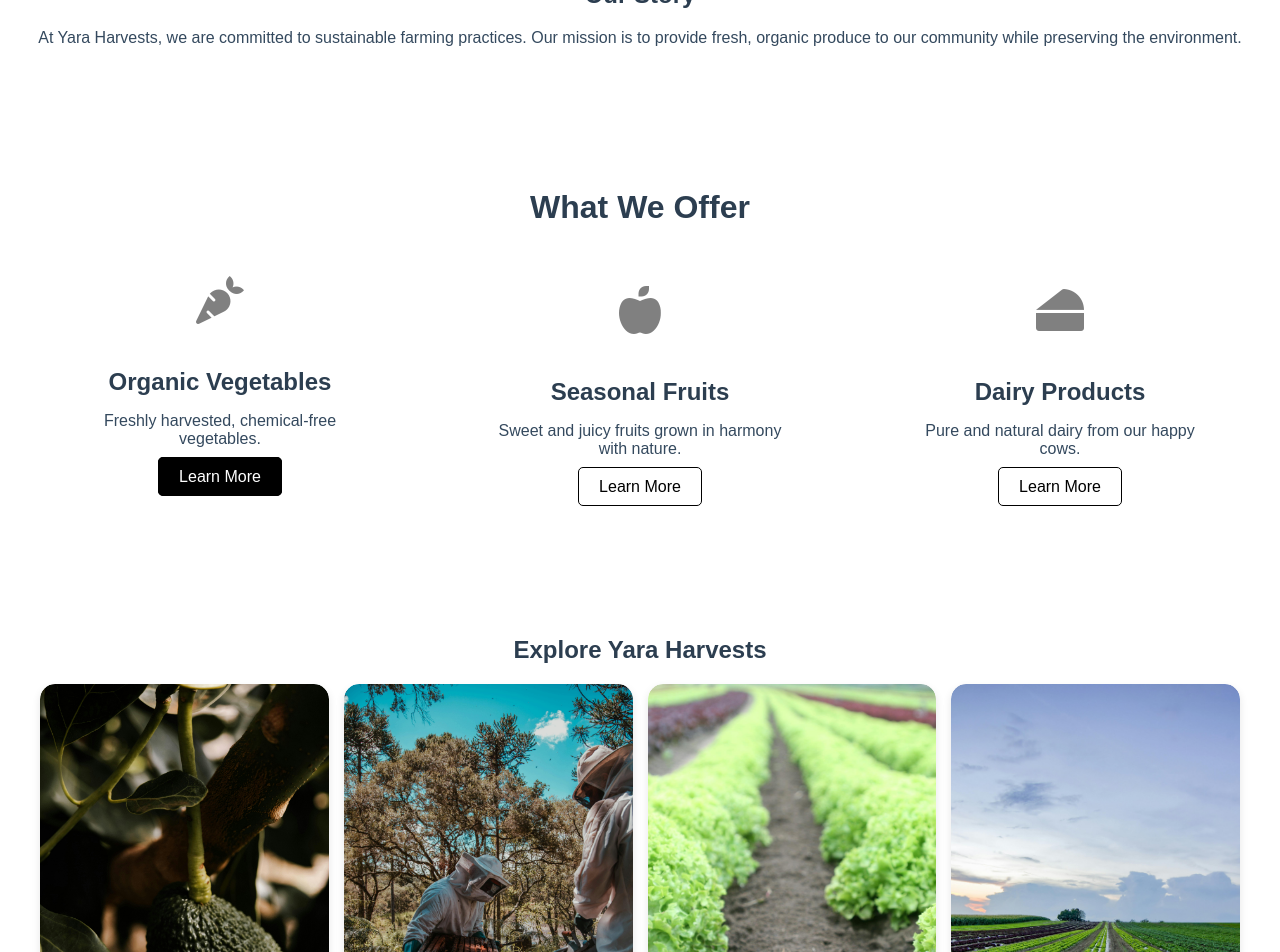
Repository: Kanyi-Manyara/yara-farm
Page: index.html
These files come from the project's save history. The page is drawn as it stood at one moment and after a run of saves; the edit follows.
The browser window is 1280 px wide. The pictures show the part of the page from y = 809 to 1761 px (the page is 3678 px tall).
The pointer rests on the first visible `.learn-more`.

Above is the page before, as saved 2025-02-22 14:07:52.
Console error: TypeError: Cannot read properties of null (reading 'addEventListener')

### index.html
<!DOCTYPE html>
<html lang="en">
<head>
  <meta charset="UTF-8">
  <meta name="viewport" content="width=device-width, initial-scale=1.0">
  <title>Yara Harvests</title>
  <link rel="stylesheet" href="style.css">
  <link rel="stylesheet" href="https://cdnjs.cloudflare.com/ajax/libs/font-awesome/6.0.0/css/all.min.css">

  <link rel="stylesheet" href="https://cdnjs.cloudflare.com/ajax/libs/font-awesome/6.0.0/css/all.min.css">

</head>
<body>

     <!-- Logo -->
  <header>
    <a href="#" class="logo">
      <img src="assets/farmlogobg2.png" alt="Yara Harvests Logo">
    </a>
  </header>
  <!-- Splash Screen -->
  <div id="splash-screen">
    <div class="splash-content">
        <img src="assets/Farm Logo.png" alt="Logo">
      <!-- <h1>Yara Harvests</h1>
      <p>Where Nature Meets Nourishment</p> -->
    </div>
  </div>

  <!-- Hero Section -->
<section id="hero">
    <div class="video-container">
      <video autoplay muted loop id="hero-video">
        <source src="assets/land.mp4" type="video/mp4">
        Your browser does not support the video tag.
      </video>
    </div>
    <div class="hero-content">
      <h1>Fresh, Organic Produce Straight from Our Farm to Your Table</h1>
      <a href="#products" class="cta-button">Explore Our Harvest</a>
    </div>
  </section>
  <!-- Hero Section
<section id="hero">
    <div class="video-container">
      <video autoplay muted loop id="hero-video">
        <source src="assets/land.mp4" type="video/mp4">
        Your browser does not support the video tag.
      </video>
    </div>
    <div class="hero-content">
      <h1>Fresh, Organic Produce Straight from <br>Our Farm to Your Table</h1>
      <a href="#products" class="cta-button">Explore Our Harvest</a>
    </div>
  </section> -->

  <!-- About Section -->
  <section id="about">
    <div class="about-content">
      <h2>Our Story</h2>
      <p>At Yara Harvests, we are committed to sustainable farming practices. Our mission is to provide fresh, organic produce to our community while preserving the environment.</p>
      <!-- <img src="assets/images/avocado.jpg" alt="Yara Harvests Farm"> -->
    </div>
  </section>

<!-- Products Section -->
<section id="products">
    <h2>What We Offer</h2>
    <div class="product-grid">
      <div class="product-card">
        <i class="fas fa-carrot"></i>
        <h3>Organic Vegetables</h3>
        <p>Freshly harvested, chemical-free vegetables.</p>
        <a href="products/vegetables.html" class="learn-more">Learn More</a>
      </div>
      <div class="product-card">
        <i class="fas fa-apple-alt"></i>
        <h3>Seasonal Fruits</h3>
        <p>Sweet and juicy fruits grown in harmony with nature.</p>
        <a href="products/fruits.html" class="learn-more">Learn More</a>
      </div>
      <div class="product-card">
        <i class="fas fa-cheese"></i>
        <h3>Dairy Products</h3>
        <p>Pure and natural dairy from our happy cows.</p>
        <a href="products/dairy.html" class="learn-more">Learn More</a>
      </div>
    </div>
  </section>

<!-- gallery -->
  <section id="gallery">
    <h2>Explore Yara Harvests</h2>
    <div class="gallery-grid">
      <div class="gallery-item">
        <img src="assets/avocado.jpg" alt="Farm Field">
      </div>
      <div class="gallery-item">
        <img src="assets/bees.jpg" alt="Harvesting">
      </div>
      <div class="gallery-item">
        <img src="assets/lettuce.jpg" alt="Fresh Produce">
      </div>
      <div class="gallery-item">
        <img src="assets/seedbed.jpg" alt="Farm Animals">
      </div>
      <div class="gallery-item">
        <img src="assets/bees.jpg" alt="Farm Sunset">
      </div>
      <div class="gallery-item">
        <img src="assets/lettuce.jpg" alt="Farm Market">
      </div>
      <div class="gallery-item">
        <img src="assets/avocado.jpg" alt="Farm Field">
      </div>


    </div>
  </section>

<!-- Testimonials Section -->
<section id="testimonials">
    <h2>What Our Customers Say</h2>
    <div class="carousel-container">
      <div class="carousel-track">
        <div class="testimonial-card">
          <div class="testimonial-content">
            <p>"The best organic produce I've ever tasted! Highly recommend Yara Harvests."</p>
            <div class="testimonial-author">
              <img src="assets/bees.jpg" alt="Customer 1">
              <div class="author-details">
                <h4>Jane Doe</h4>
                <p>Regular Customer</p>
              </div>
            </div>
          </div>
        </div>
        <div class="testimonial-card">
          <div class="testimonial-content">
            <p>"Fresh, delicious, and sustainably grown. Love supporting this farm!"</p>
            <div class="testimonial-author">
              <img src="assets/seedbed.jpg" alt="Customer 2">
              <div class="author-details">
                <h4>John Smith</h4>
                <p>Local Chef</p>
              </div>
            </div>
          </div>
        </div>
        <div class="testimonial-card">
          <div class="testimonial-content">
            <p>"Yara Harvests has transformed the way I eat. Everything is so fresh and flavorful!"</p>
            <div class="testimonial-author">
              <img src="assets/seedbed.jpg" alt="Customer 3">
              <div class="author-details">
                <h4>Emily Johnson</h4>
                <p>Food Blogger</p>
              </div>
            </div>
          </div>
        </div>
        <div class="testimonial-card">
          <div class="testimonial-content">
            <p>"The quality of produce from Yara Harvests is unmatched. Truly exceptional!"</p>
            <div class="testimonial-author">
              <img src="assets/lettuce.jpg" alt="Customer 4">
              <div class="author-details">
                <h4>Michael Brown</h4>
                <p>Health Enthusiast</p>
              </div>
            </div>
          </div>
        </div>
        <!-- Duplicate cards for seamless looping -->
        <div class="testimonial-card">
          <div class="testimonial-content">
            <p>"The best organic produce I've ever tasted! Highly recommend Yara Harvests."</p>
            <div class="testimonial-author">
              <img src="assets/avocado.jpg" alt="Customer 1">
              <div class="author-details">
                <h4>Jane Doe</h4>
                <p>Regular Customer</p>
              </div>
            </div>
          </div>
        </div>
        <div class="testimonial-card">
          <div class="testimonial-content">
            <p>"Fresh, delicious, and sustainably grown. Love supporting this farm!"</p>
            <div class="testimonial-author">
              <img src="assets/Farm Logo.png" alt="Customer 2">
              <div class="author-details">
                <h4>John Smith</h4>
                <p>Local Chef</p>
              </div>
            </div>
          </div>
        </div>
        <div class="testimonial-card">
          <div class="testimonial-content">
            <p>"Yara Harvests has transformed the way I eat. Everything is so fresh and flavorful!"</p>
            <div class="testimonial-author">
              <img src="assets/lettuce.jpg" alt="Customer 3">
              <div class="author-details">
                <h4>Emily Johnson</h4>
                <p>Food Blogger</p>
              </div>
            </div>
          </div>
        </div>
        <div class="testimonial-card">
          <div class="testimonial-content">
            <p>"The quality of produce from Yara Harvests is unmatched. Truly exceptional!"</p>
            <div class="testimonial-author">
              <img src="assets/seedbed.jpg" alt="Customer 4">
              <div class="author-details">
                <h4>Michael Brown</h4>
                <p>Health Enthusiast</p>
              </div>
            </div>
          </div>
        </div>
      </div>
    </div>
  </section>

  <!-- Contact Section -->
<section id="contact">
    <div class="contact-container">
      <!-- Left Side: Contact Form and Information -->
      <div class="contact-left">
        <h2>Get in Touch</h2>
        <form>
          <input type="text" placeholder="Your Name" required>
          <input type="email" placeholder="Your Email" required>
          <textarea placeholder="Your Message" required></textarea>
          <button type="submit">Send Message</button>
        </form>
        <div class="contact-info">
          <p><i class="fas fa-map-marker-alt"></i> Address: 123 Farm Road, Green Valley</p>
          <p><i class="fas fa-phone"></i> Phone: +123 456 7890</p>
          <p><i class="fas fa-envelope"></i> Email: info@yaraharvests.com</p>
        </div>
      </div>

      <!-- Right Side: Google Map -->
      <div class="contact-right">
        <iframe
          src="https://www.google.com/maps/embed?pb=!1m14!1m12!1m3!1d1370.0967259576712!2d36.61745964736168!3d-0.9414913667099373!2m3!1f0!2f0!3f0!3m2!1i1024!2i768!4f13.1!5e1!3m2!1sen!2ske!4v1740219301189!5m2!1sen!2ske"
          width="100%"
          height="100%"
          style="border:0;"
          allowfullscreen=""
          loading="lazy"
          referrerpolicy="no-referrer-when-downgrade"
        ></iframe>
      </div>
    </div>
  </section>
  <!-- Footer -->
  <footer>
    <div class="social-links">
      <a href="#"><i class="fab fa-facebook"></i></a>
      <a href="#"><i class="fab fa-instagram"></i></a>
      <a href="#"><i class="fab fa-twitter"></i></a>
    </div>
    <p>&copy; 2023 Yara Harvests. All rights reserved.</p>
  </footer>

  <!-- Toggle Button -->
<button id="nav-toggle">
    <i class="fas fa-bars"></i>
  </button>

  <!-- Side Navigation -->
  <nav id="side-nav">
    <ul>
      <li><a href="#hero" class="active"><i class="fas fa-home fa-xs"></i></a></li>
      <li><a href="#about"><i class="fas fa-info-circle fa-xs"></i></a></li>
      <li><a href="#products"><i class="fas fa-shopping-basket fa-xs"></i></a></li>
      <li><a href="#gallery"><i class="fas fa-images fa-xs"></i></a></li>
      <li><a href="#testimonials"><i class="fas fa-comments fa-xs"></i></a></li>
      <li><a href="#contact"><i class="fas fa-envelope fa-xs"></i></a></li>
    </ul>
  </nav>

  <script src="script.js"></script>
</body>
</html>

### style.css
/* General Styles */
body {
    font-family: 'Arial', sans-serif;
    margin: 0;
    padding: 0;
    box-sizing: border-box;
  }

  h1, h2, h3 {
    color: #2c3e50;
  }

  p {
    color: #34495e;
  }

  /* Splash Screen */
  #splash-screen {
    position: fixed;
    top: 0;
    left: 0;
    width: 100%;
    height: 100%;
    background: white;
    display: flex;
    justify-content: center;
    align-items: center;
    color: white;
    z-index: 1000;
  }

  .splash-content {
    text-align: center;
  }

/* Hero Section */
#hero {
    position: relative;
    height: 100vh;
    overflow: hidden;
    display: flex;
    align-items: center; /* Center content vertically */
  }

  .video-container {
    position: absolute;
    top: 0;
    left: 0;
    width: 100%;
    height: 100%;
    z-index: -1; /* Place the video behind the content */
  }

  #hero-video {
    width: 100%;
    height: 100%;
    object-fit: cover; /* Ensures the video covers the entire container */
  }

  .hero-content {
    position: relative;
    z-index: 1; /* Place the content above the video */
    padding-left: 50px; /* Add padding to move content to the left */
    max-width: 600px; /* Limit width for better readability */
  }

  .hero-content h1 {
    font-size: 3rem;
    color: transparent; /* Transparent text fill */
    -webkit-text-stroke: 1px white; /* White outline for text */
    text-shadow: 2px white; /* Fallback for non-WebKit browsers */
    margin-bottom: 20px;
    line-height: 1.2;
  }

  /* Ensure this selector is specific enough */
.hero-content .cta-button {
  background: transparent; /* Transparent button background */
  color: white; /* Grey font color */
  padding: 10px 20px;
  text-decoration: none;
  border: 1px solid white; /* White outline for button */
  border-radius: 5px;
  font-size: 1.2rem;
  transition: background 0.3s ease, color 0.3s ease;
}

.hero-content .cta-button:hover {
  background: white; /* White background on hover */
  color: black; /* Black text on hover */
}
/* Toggle Button */
#nav-toggle {
    position: fixed;
    top: 20px;
    right: 20px;
    background: transparent;
    color: grey;
    border: none;
    padding: 0px;
    border-radius: 50%;
    width: 40px;
    height: 40px;
    cursor: pointer;
    z-index: 1001; /* Ensure it's above the side nav */
    display: flex;
    align-items: center;
    justify-content: center;
  }

  #nav-toggle i {
    font-size: 1.2rem;
  }

  /* Side Navigation */
  #side-nav {
    position: fixed;
    top: 50%;
    right: -100px; /* Initially hidden off-screen */
    transform: translateY(-50%);
    z-index: 1000;
    background: rgba(255, 255, 255, 0.9);
    border-radius: 10px;
    padding: 10px;
    transition: right 0.3s ease;
  }

  #side-nav.active {
    right: 20px; /* Visible on-screen */
  }

  #side-nav ul {
    list-style: none;
    padding: 0;
    margin: 0;
  }

  #side-nav ul li {
    margin: 7.5px 0;
  }

  #side-nav ul li a {
    text-decoration: none;
    color: #2c3e50;
    font-size: 1rem;
    display: block;
    padding: 10px;
    background: rgba(255, 255, 255, 0.8);
    border-radius: 50%;
    width: 20px;
    height: 20px;
    text-align: center;
    line-height: 20px;
    transition: background 0.3s ease, color 0.3s ease;
  }

  #side-nav ul li a:hover {
    background: grey;
    color: white;
  }

  #side-nav ul li a.active {
    background: grey;
    color: white;
  }

  /* About Section */
  #about {
    padding: 50px 20px;
    text-align: center;
  }

/* Products Section */
#products {
    padding: 50px 20px;
    text-align: center;
    background: white;
  }

  #products h2 {
    margin-bottom: 40px;
    font-size: 2rem;
    color: #2c3e50;
  }

  .product-grid {
    display: flex;
    justify-content: space-around;
    flex-wrap: wrap;
    gap: 20px;
  }

  .product-card {
    background: transparent; /* Make the card background transparent */
    border-radius: 15px;
    padding: 20px;
    width: 300px;
    box-shadow: none; /* Remove box shadow */
    text-align: center;
    transition: transform 0.3s ease;
  }

  .product-card:hover {
    transform: translateY(-10px); /* Keep hover effect for interactivity */
  }

  .product-card i {
    font-size: 3rem;
    color: grey;
    margin-bottom: 20px;
  }

  .product-card h3 {
    font-size: 1.5rem;
    color: #2c3e50;
    margin-bottom: 10px;
  }

  .product-card p {
    font-size: 1rem;
    color: #34495e;
    margin-bottom: 20px;
  }

  .learn-more {
    background: transparent; /* Transparent button background */
    color: black; /* Grey font color */
    padding: 10px 20px;
    text-decoration: none;
    border: 1px solid black; /* White outline for button */
    border-radius: 5px;
    font-size: 1.0rem;
    transition: background 0.3s ease, color 0.3s ease;
  }

  .learn-more:hover {
    background: black;
    color: white;
  }
  /* Gallery Section
  #gallery {
    padding: 50px 20px;
    text-align: center;
  }

  .gallery-grid {
    display: grid;
    grid-template-columns: repeat(3, 1fr);
    gap: 10px;
  }

  .gallery-grid img {
    width: 100%;
    height: auto;
  } */

/* Gallery Section */
#gallery {
    padding: 50px 20px;
    text-align: center;
  }

  .gallery-grid {
    display: grid;
    grid-template-columns: repeat(auto-fill, minmax(250px, 1fr)); /* Adjust minmax for column width */
    gap: 15px; /* Space between images */
    padding: 0 20px;
  }

  .gallery-item {
    position: relative;
    overflow: hidden;
    border-radius: 15px; /* Smooth curved edges */
    box-shadow: 0 4px 8px rgba(0, 0, 0, 0.1); /* Subtle shadow for depth */
    transition: transform 0.3s ease, box-shadow 0.3s ease;
  }

  .gallery-item:hover {
    transform: scale(1.05); /* Slight zoom on hover */
    box-shadow: 0 8px 16px rgba(0, 0, 0, 0.2); /* Enhanced shadow on hover */
  }

  .gallery-item img {
    width: 100%;
    height: 100%;
    object-fit: cover; /* Ensures images fill the container without distortion */
    display: block;
    border-radius: 15px; /* Match the container's curved edges */
  }

/* Testimonials Section */
#testimonials {
    padding: 50px 20px;
    text-align: center;
    background: #f9f9f9;
    overflow: hidden;
  }

  #testimonials h2 {
    margin-bottom: 40px;
    font-size: 2rem;
    color: #2c3e50;
  }

  .carousel-container {
    width: 100%;
    overflow: hidden;
    position: relative;
  }

  .carousel-track {
    display: flex;
    animation: scroll 20s linear infinite; /* Adjust speed as needed */
  }

  .testimonial-card {
    flex: 0 0 auto;
    width: 300px;
    margin: 0 15px;
    background: white;
    border-radius: 15px;
    /* box-shadow: 0 4px 20px rgba(0, 0, 0, 0.1); */
    padding: 20px;
    box-sizing: border-box;
    text-align: left;
  }

  .testimonial-content p {
    font-size: 1.1rem;
    color: #34495e;
    line-height: 1.6;
    margin-bottom: 20px;
  }

  .testimonial-author {
    display: flex;
    align-items: center;
  }

  .testimonial-author img {
    width: 60px;
    height: 60px;
    border-radius: 50%;
    margin-right: 15px;
  }

  .author-details h4 {
    margin: 0;
    font-size: 1.2rem;
    color: #2c3e50;
  }

  .author-details p {
    margin: 0;
    font-size: 0.9rem;
    color: #7f8c8d;
  }

  /* Keyframes for infinite scrolling */
  @keyframes scroll {
    0% {
      transform: translateX(0);
    }
    100% {
      transform: translateX(-50%); /* Move by half the width of the carousel */
    }
  }

/* Contact Section */
#contact {
    display: flex;
    height: 100vh; /* Full viewport height */
  }

  .contact-container {
    display: flex;
    width: 100%;
    height: 100%;
  }

  /* Left Side: Contact Form and Information */
  .contact-left {
    flex: 1;
    background: #000; /* Black background */
    color: white;
    padding: 50px;
    display: flex;
    flex-direction: column;
    justify-content: center;
  }

  .contact-left h2 {
    font-size: 2rem;
    margin-bottom: 20px;
  }

  .contact-left form {
    display: flex;
    flex-direction: column;
    gap: 15px;
    margin-bottom: 20px;
  }

  .contact-left input,
  .contact-left textarea {
    padding: 10px;
    border: 1px solid #ccc;
    border-radius: 5px;
    font-size: 1rem;
    background: #333; /* Dark input background */
    color: white;
  }

  .contact-left textarea {
    resize: vertical;
    min-height: 100px;
  }

  .contact-left button {
    background: grey;
    color: white;
    padding: 10px 20px;
    border: none;
    border-radius: 5px;
    font-size: 1rem;
    cursor: pointer;
    transition: background 0.3s ease;
  }

  .contact-left button:hover {
    background: white;
    color: black;

  }

  .contact-info {
    margin-top: 20px;
  }

  .contact-info p {
    font-size: 1rem;
    margin-bottom: 10px;
    display: flex;
    align-items: center;
    gap: 10px;
  }

  .contact-info i {
    color: white;
  }

  /* Right Side: Google Map */
  .contact-right {
    flex: 1;
    background: white; /* White background */
  }

  .contact-right iframe {
    width: 100%;
    height: 100%;
    border: none;
  }

  /* Footer */
  footer {
    background: #2c3e50;
    color: white;
    text-align: center;
    padding: 20px;
  }

  .social-links a {
    color: white;
    margin: 0 10px;
  }

  /* Logo */
header {
    position: fixed;
    top: 20px;
    left: 20px;
    z-index: 1000; /* Ensure the logo is above other content */
  }

  .logo img {
    width: 80px; /* Adjust size as needed */
    height: auto;
    transition: transform 0.3s ease;
  }

  .logo img:hover {
    transform: scale(1.1); /* Slight zoom on hover */
  }

/* //////////////////////////////////////////////////////////////// */

/* Product Detail Page */
#product-detail {
    padding: 50px 20px;
    text-align: center;
  }

  .product-detail-content {
    max-width: 800px;
    margin: 0 auto;
  }

  .product-detail-content h1 {
    font-size: 2.5rem;
    color: #2c3e50;
    margin-bottom: 20px;
  }

  .product-detail-content img {
    width: 100%;
    max-width: 500px;
    border-radius: 15px;
    margin-bottom: 20px;
  }

  .product-detail-content p {
    font-size: 1.1rem;
    color: #34495e;
    line-height: 1.6;
    margin-bottom: 20px;
  }

  .product-detail-content h2 {
    font-size: 2rem;
    color: #2c3e50;
    margin-bottom: 20px;
  }

  .product-detail-content ul {
    list-style: none;
    padding: 0;
    margin-bottom: 20px;
  }

  .product-detail-content ul li {
    font-size: 1rem;
    color: #34495e;
    margin-bottom: 10px;
  }

  .cta-button {
    background: grey;
    color: white;
    padding: 10px 20px;
    text-decoration: none;
    border-radius: 5px;
    font-size: 1rem;
    transition: background 0.3s ease;
  }

  .cta-button:hover {
    background: darkgray;
  }

  .back-button {
    display: inline-block;
    margin: 20px;
    color: grey;
    text-decoration: none;
    font-size: 1rem;
  }

  .back-button i {
    margin-right: 5px;
  }

Loaded but not shown: script.js (91 lines, source omitted)

After the next 2 saves:
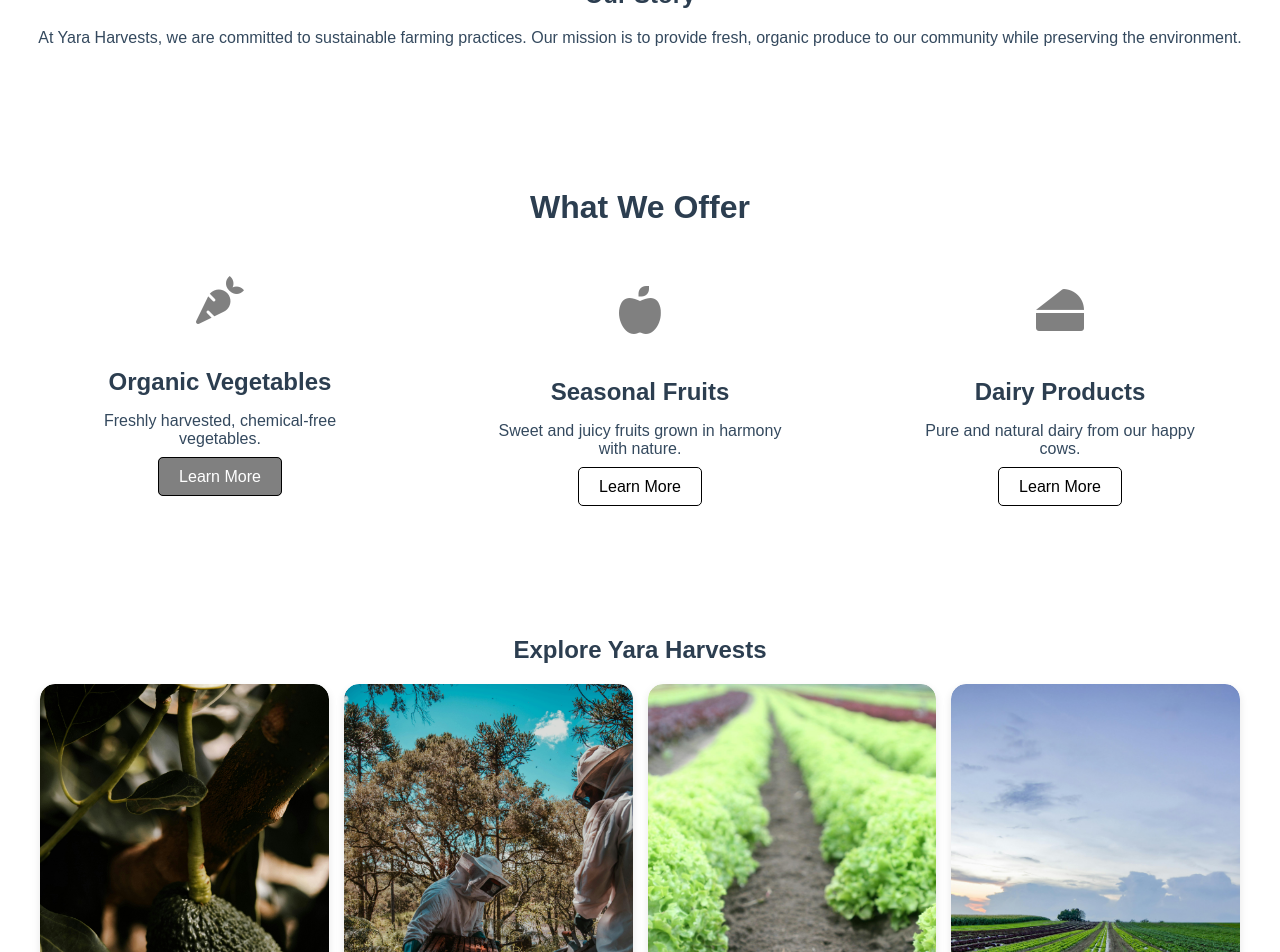
The 2 saves are shown as one change because they came seconds apart.
The last was saved 17 s later.
--- a/style.css
+++ b/style.css
@@ -234,7 +234,7 @@ body {
   }
 
   .learn-more:hover {
-    background: black;
+    background: grey;
     color: white;
   }
   /* Gallery Section
